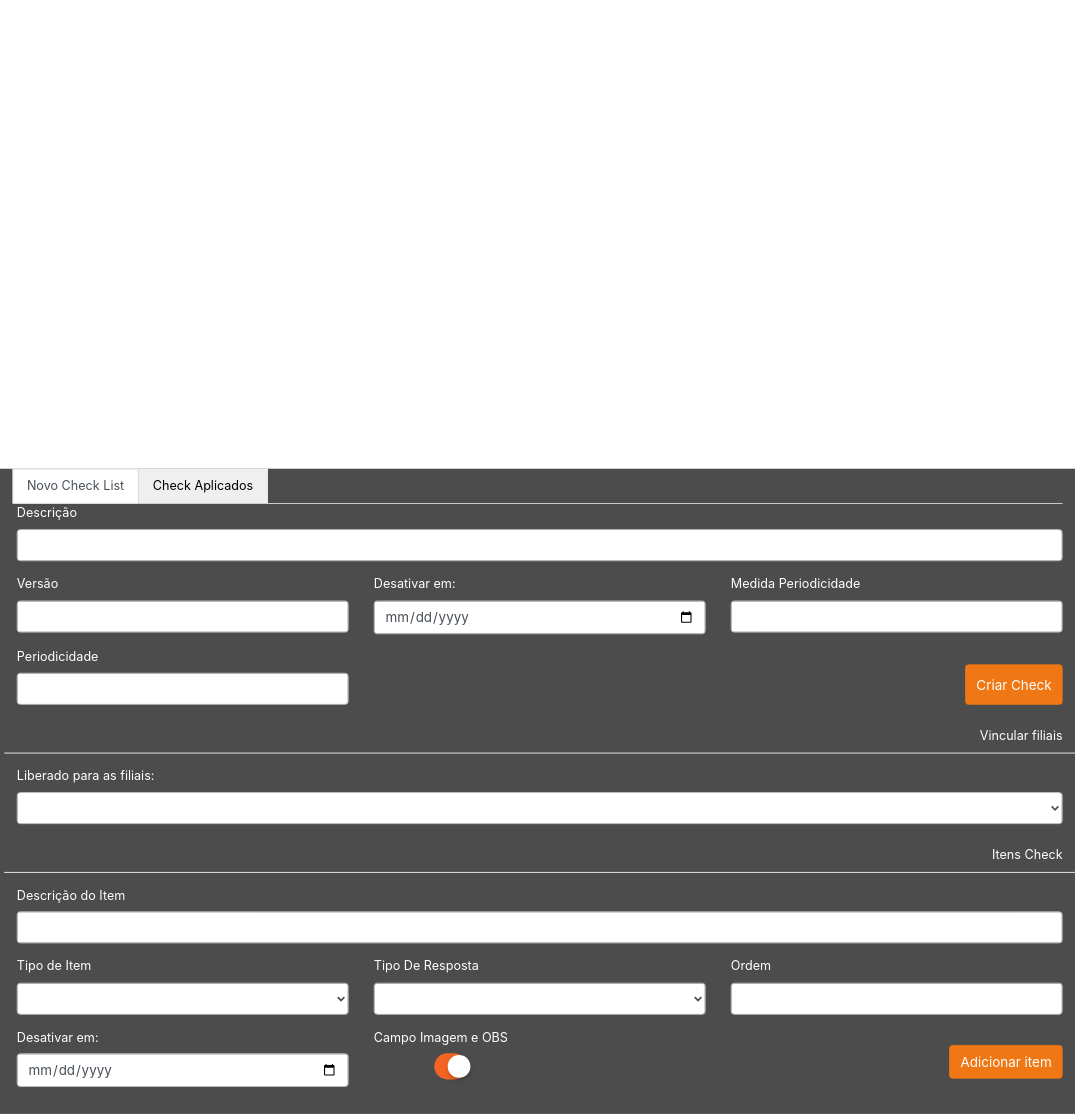
Repository: Conlog-SA/portal_operacional
Page: apps/safety_layout_checklist_app/templates/safety_layout_checklist_app/form_cad_layout_checklist.html
These files come from the project's save history. The page is drawn as it stood at one moment and after the next save; the edit follows.
The browser window is 1280 px wide. The pictures show the whole page, at 84% of full size.
The template is drawn by Django 3.2. The application's start-up code is not run. The template is opened directly, without the code that normally fills it, so the values that code supplies are empty.

Above is the page before, as saved 2023-11-17 08:35:29.

After the next save:
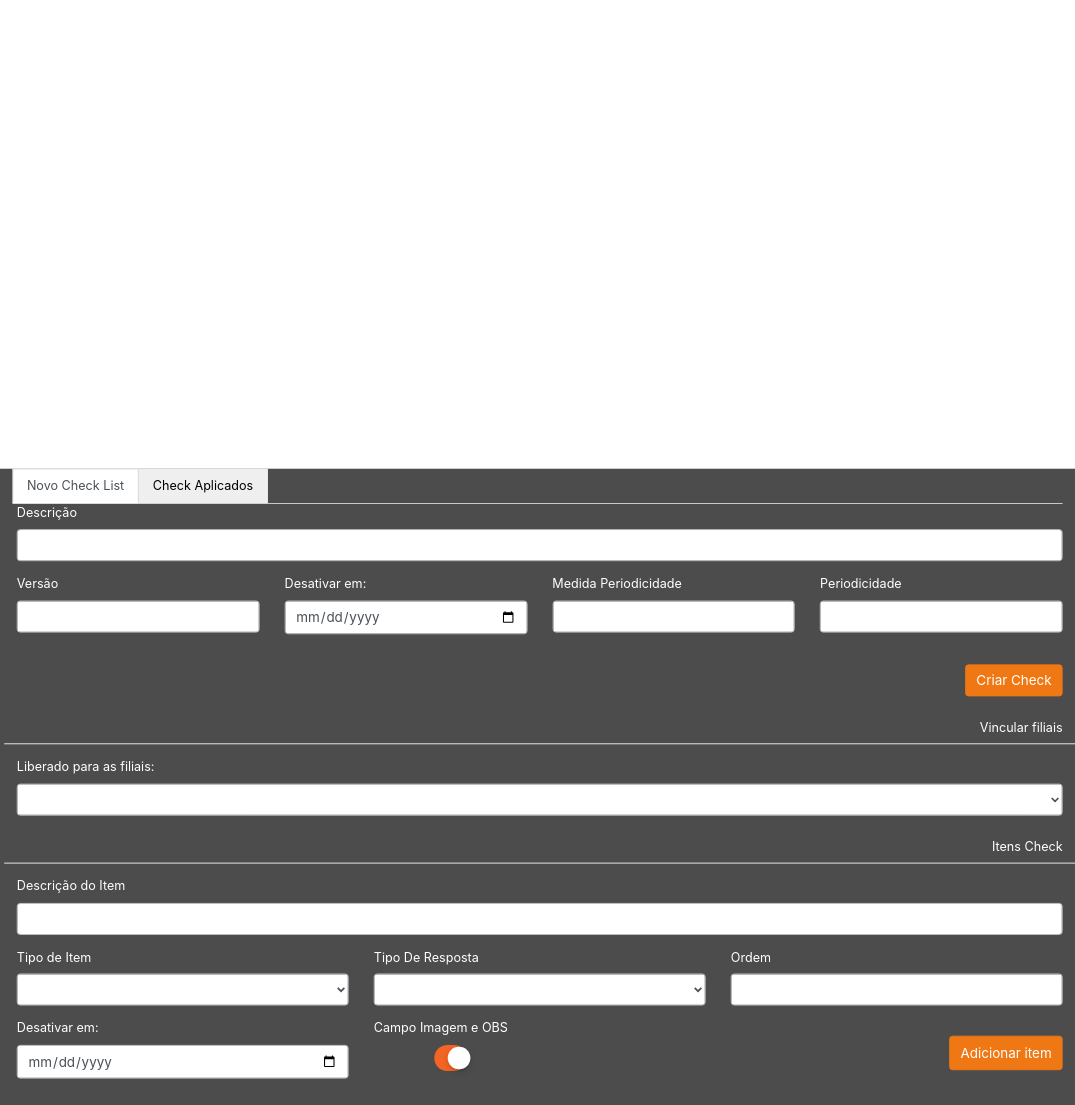
Saved 10 min 43 s later.
--- a/apps/safety_layout_checklist_app/templates/safety_layout_checklist_app/form_cad_layout_checklist.html
+++ b/apps/safety_layout_checklist_app/templates/safety_layout_checklist_app/form_cad_layout_checklist.html
@@ -46,23 +46,23 @@
                                <label for="descricao_new_check"> Descrição </label>
                                <input type="text" class="form-control" id="descricao_new_check">
                              </div>
-                             <div class="form-group col-sm-4">
+                             <div class="form-group col-sm-3">
                                <label for="versao_new_check">Versão</label>
                                <input type="text" class="form-control" id="versao_new_check">
                              </div>
-                             <div class="form-group col-sm-4">
+                             <div class="form-group col-sm-3">
                                <label for="desativar_new_check_date">Desativar em:</label>
                                <input type="date" class="form-control" id="desativar_new_check_date">
                              </div>
-                             <div class="form-group col-sm-4">
+                             <div class="form-group col-sm-3">
                                <label for="medida_periodicidade_new_check">Medida Periodicidade</label>
                                <input type="text" class="form-control" id="medida_periodicidade_new_check">
                              </div>
-                             <div class="form-group col-sm-4">
+                             <div class="form-group col-sm-3">
                               <label for="periodicidade_new_check">Periodicidade</label>
                               <input type="text" class="form-control" id="periodicidade_new_check">
                             </div>
-                             <div class="form-group col-sm-8 w-15 d-flex justify-content-end" style="margin-top:10px; margin-botton:10px">
+                             <div class="form-group col-sm-12 w-15 d-flex justify-content-end" style="margin-top:10px; margin-botton:10px">
                                 <button type="button" class="btn btn-primary btn-form btn-cadastro" id="btn_new_check" name="btn_new_check" style="margin-top:10px; margin-botton:10px"> Criar Check </button>
                              </div>
                              <div class="form-group col-sm-12 d-flex justify-content-end divider">
